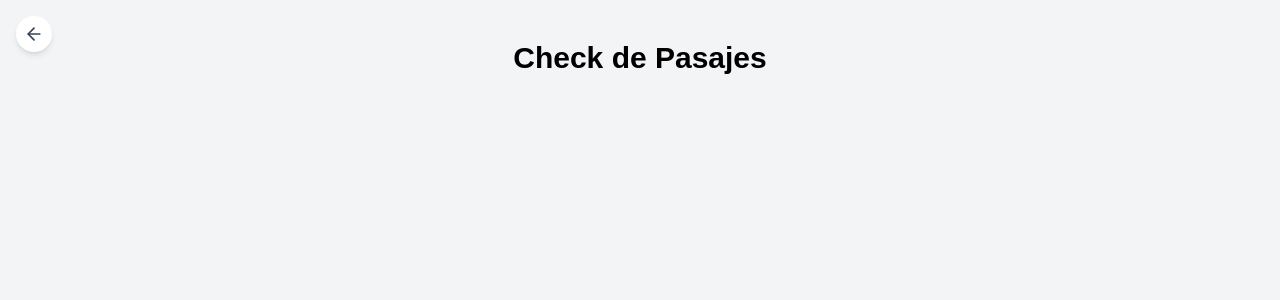
Repository: francoluca35/appcolectivos
Page: /checkpass
The author's editor kept a copy of each file at every save. The page is drawn from the files as they stood at one save, then again after the next save.
The browser window is 1280 px wide. The pictures show the whole page.
The page's requests for data from a server got no answer. The project was rebuilt for these pictures with package versions that can differ from the ones it lists, and the page was loaded fresh each time. The framework's server and built-in components were replaced by stand-ins that run in the browser. No one was signed in, and anything a server would have sent is missing. Also part of the build but not shown: next.config.mjs.

Above is the page before, as saved 2025-03-28 15:06:12.

After the next save:
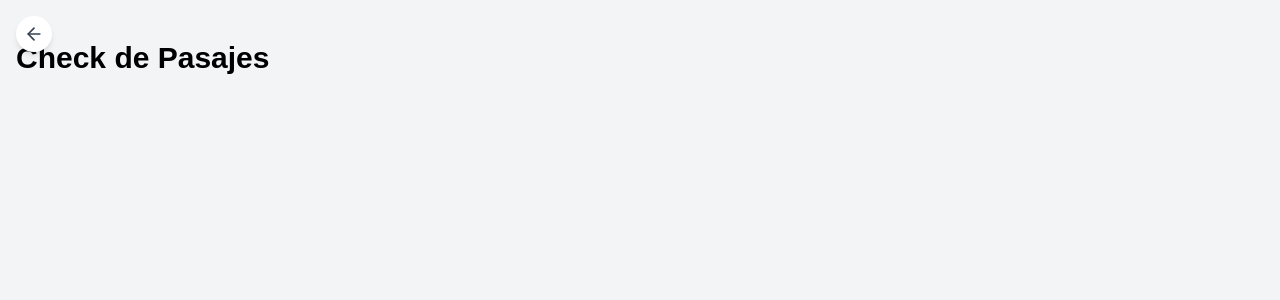
Saved 69 s later.
--- a/src/app/checkpass/page.js
+++ b/src/app/checkpass/page.js
@@ -6,12 +6,16 @@
 export default function CheckPass() {
   return (
     <div className="min-h-screen bg-gray-100 py-10 px-4">
-     <BackArrow/>
-      <h1 className="text-3xl font-bold text-center mb-8 text-black">Check de Pasajes</h1>
+  {/* Contenedor con flecha + título */}
+  <div className="flex items-center gap-4 mb-8">
+    <BackArrow />
+    <h1 className="text-3xl font-bold text-black">Check de Pasajes</h1>
+  </div>
 
-      <Suspense fallback={<p className="text-center text-gray-500">Cargando lista de pasajeros...</p>}>
-        <PasajerosLista />
-      </Suspense>
-    </div>
+  <Suspense fallback={<p className="text-center text-gray-500">Cargando lista de pasajeros...</p>}>
+    <PasajerosLista />
+  </Suspense>
+</div>
+
   );
 }

After the 2 saves that followed:
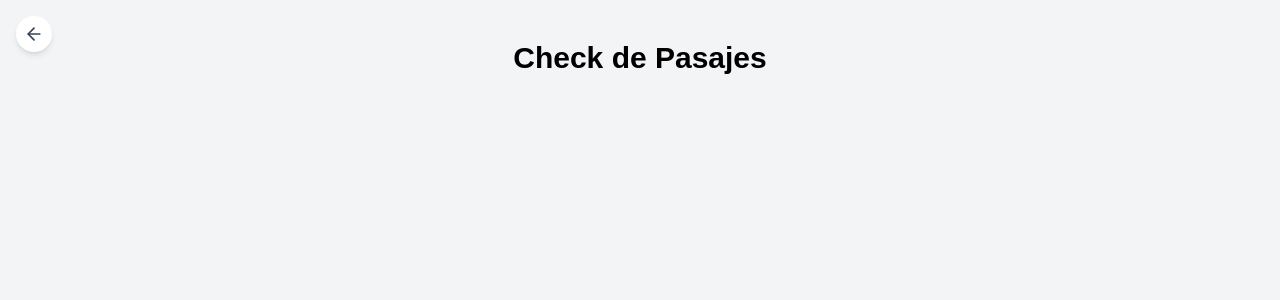
The 2 saves are shown as one change because 1 left the picture as it was.
The last was saved 68 s later.
--- a/src/app/checkpass/page.js
+++ b/src/app/checkpass/page.js
@@ -7,10 +7,12 @@
   return (
     <div className="min-h-screen bg-gray-100 py-10 px-4">
   {/* Contenedor con flecha + título */}
-  <div className="flex items-center gap-4 mb-8">
-    <BackArrow />
-    <h1 className="text-3xl font-bold text-black">Check de Pasajes</h1>
-  </div>
+  <div className="relative mb-8">
+  <BackArrow className="absolute left-0 top-1/2 -translate-y-1/2" />
+
+  <h1 className="text-3xl font-bold text-center text-black">Check de Pasajes</h1>
+</div>
+
 
   <Suspense fallback={<p className="text-center text-gray-500">Cargando lista de pasajeros...</p>}>
     <PasajerosLista />
